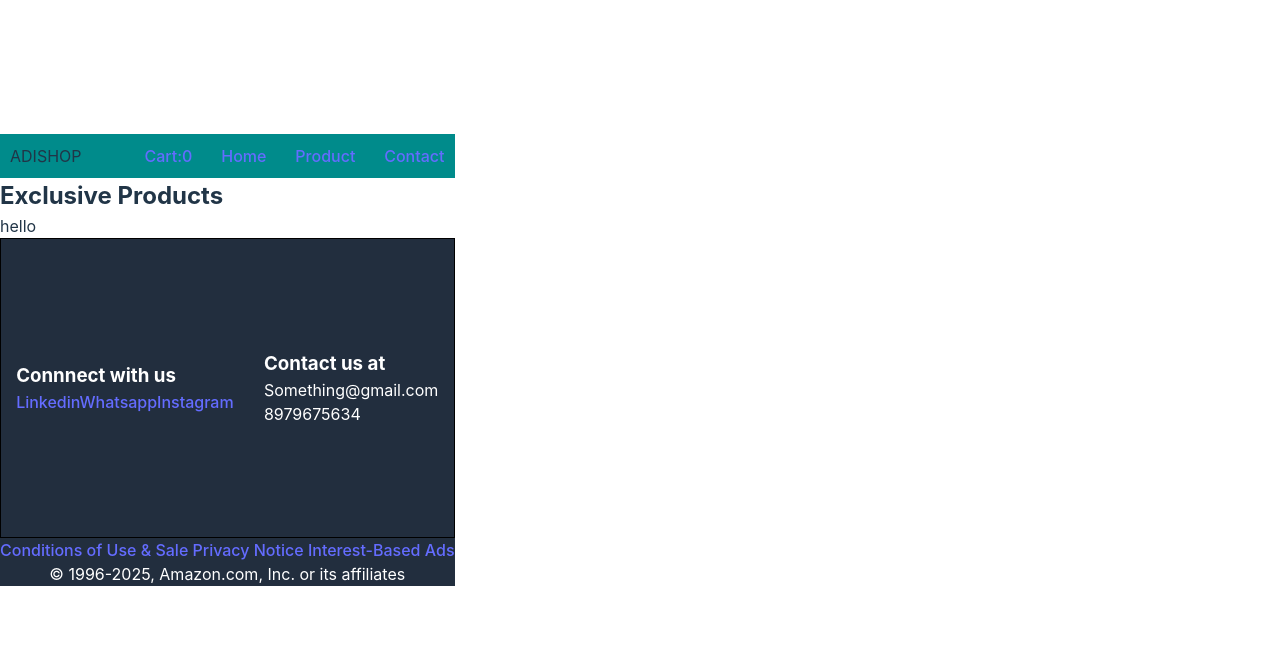
Repository: Aditya0377/React-ecommercewebsite
Page: / (app in ecommerce/)
The author's editor kept a copy of each file at every save. The page is drawn from the files as they stood at one save, then again after the next save.
The browser window is 1280 px wide. The pictures show the whole page.
The project was rebuilt for these pictures with package versions that can differ from the ones it lists, and the page was loaded fresh each time. Also part of the build but not shown: ecommerce/vite.config.js, ecommerce/src/components/Product.css, ecommerce/src/components/Product.jsx, ecommerce/src/components/Contact.css, ecommerce/src/components/Contact.jsx, ecommerce/src/components/Login.jsx. Imported but missing from the stored project, and not drawn on this page: ecommerce/src/components/Cart.

Above is the page before, as saved 2025-01-23 15:33:22.

After the next save:
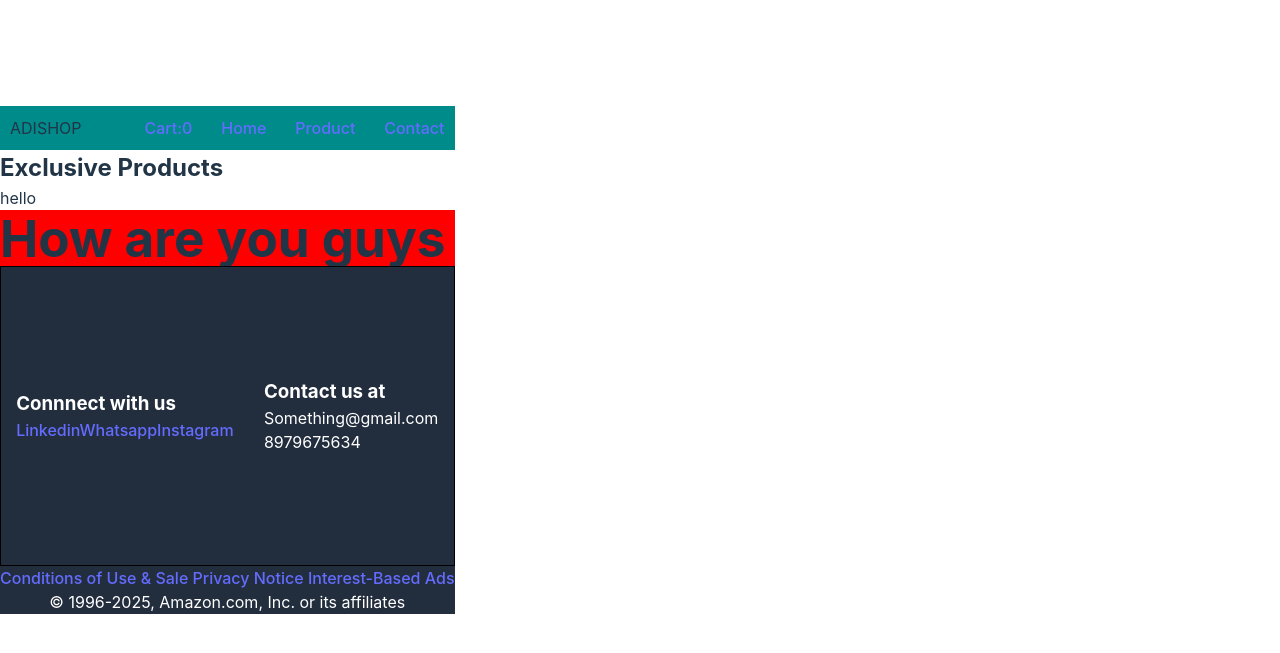
Saved 10 s later.
--- a/ecommerce/src/components/Pracctise.jsx
+++ b/ecommerce/src/components/Pracctise.jsx
@@ -4,6 +4,7 @@
     return (
         <div>
             hello
+            {children}
         </div>
     )
 }
